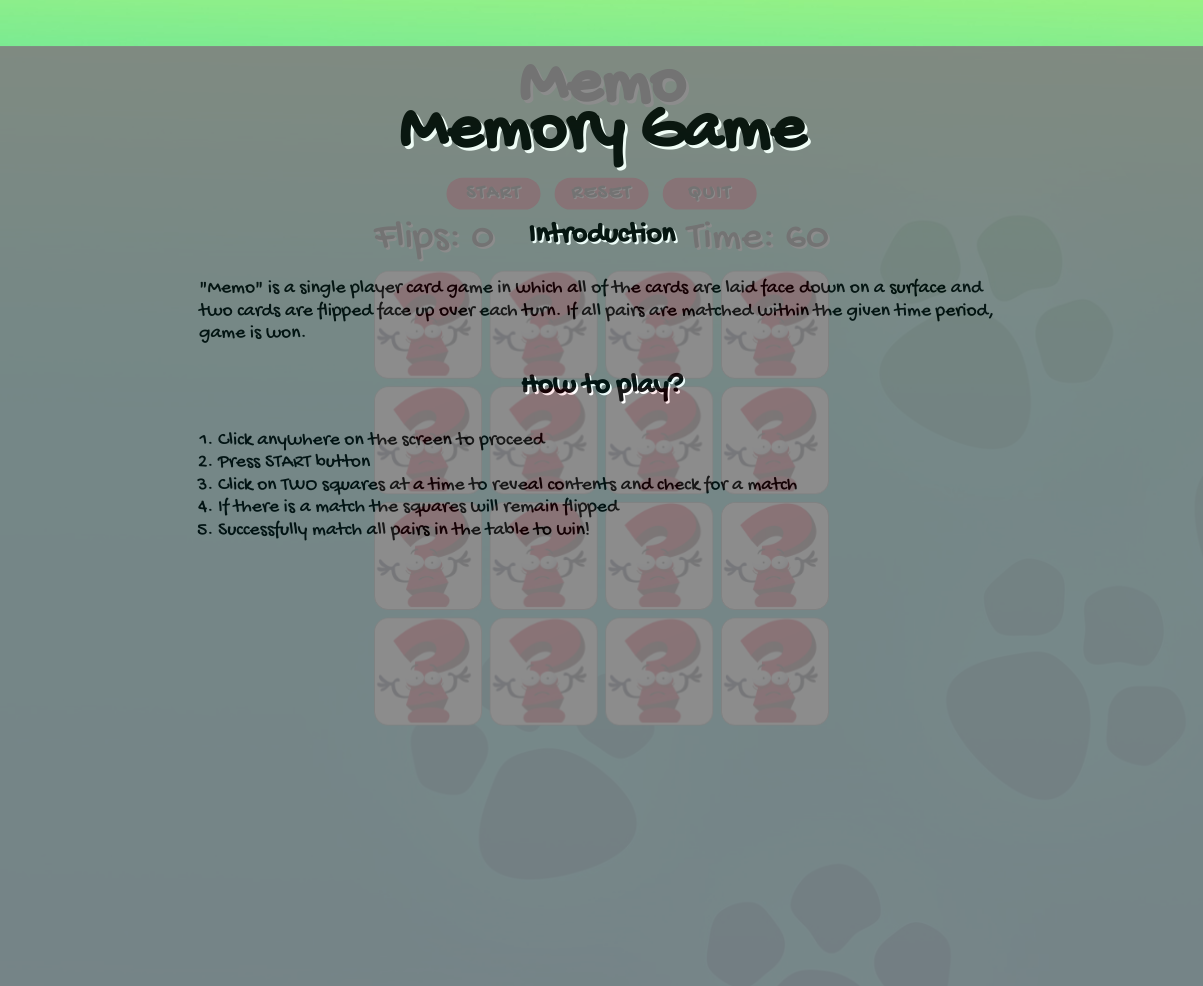
Repository: lauramika/Memory-Game
Page: index.html
The author's editor kept a record of every edit. The page is drawn from the files as they stood at one moment, then again after the next edit.
The browser window is 1280 px wide. The pictures show the whole page, at 94% of full size.

Above is the page before.

After the next edit:
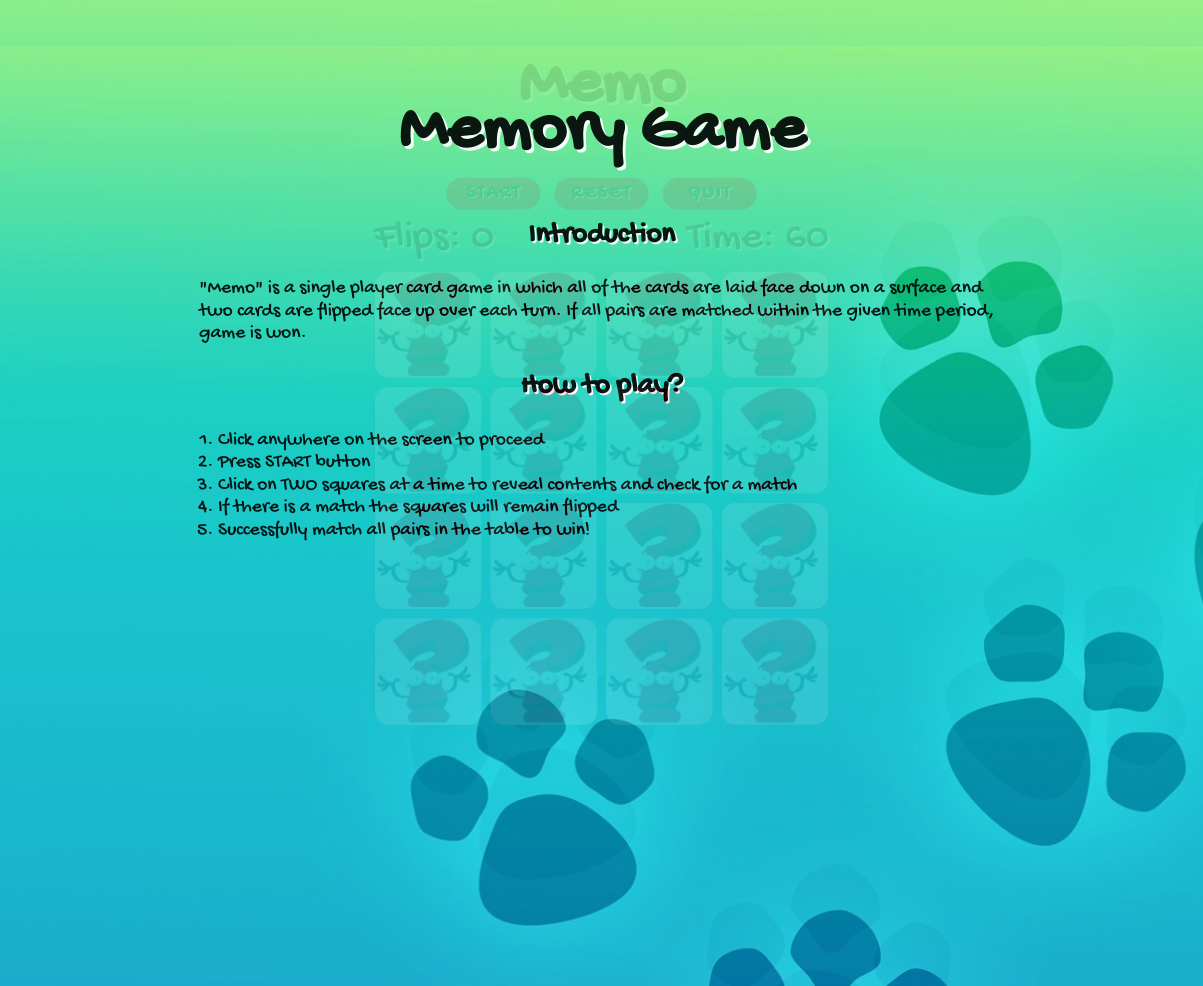
The edit:
--- a/style.css
+++ b/style.css
@@ -113,9 +113,9 @@
 #overlay {
   height: 1000px;
   display: visible;
-  background-color: gray;
+  background-color: #7FFFD4;
+   background-image: url("images/paw-print-941498_1920.jpg");
   z-index: 10;
-  cursor: pointer;
   position: absolute;
   opacity: .9;
 }
